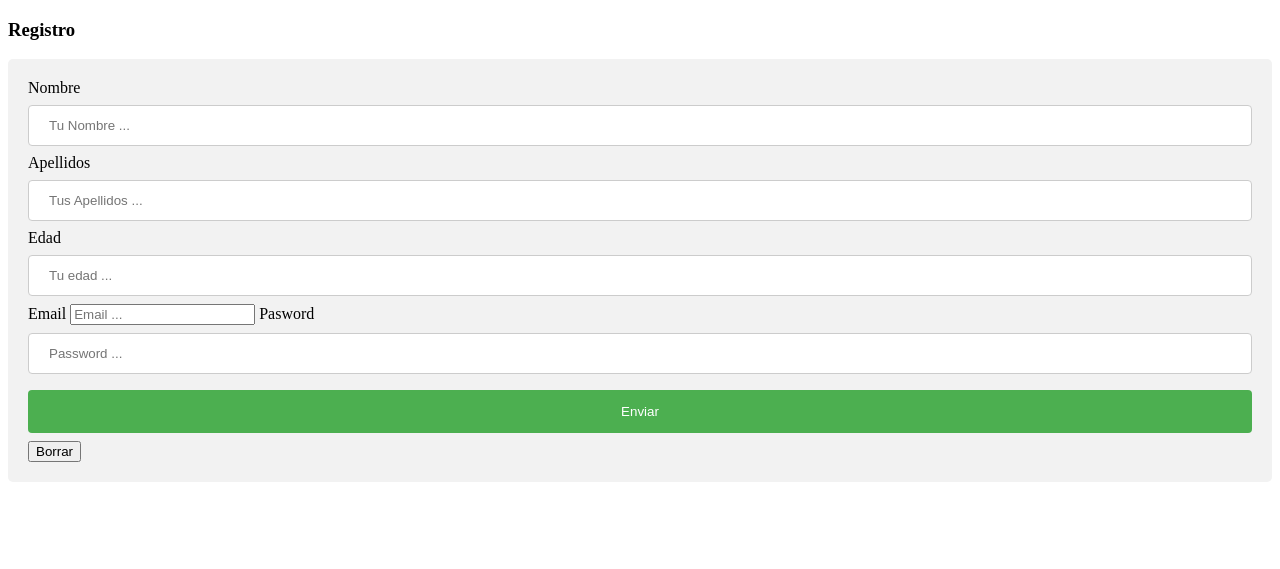
Repository: nachmz42/ProyectoJoker
Page: http://localhost/Joker/registro.jsp
The author's editor kept a copy of each file at every save. The page is drawn from the files as they stood at one save, then again after the next save.
The browser window is 1280 px wide. The pictures show the whole page.
The page is served by Tomcat 9.

Above is the page before, as saved 2021-07-02 12:58:59.

After the next save:
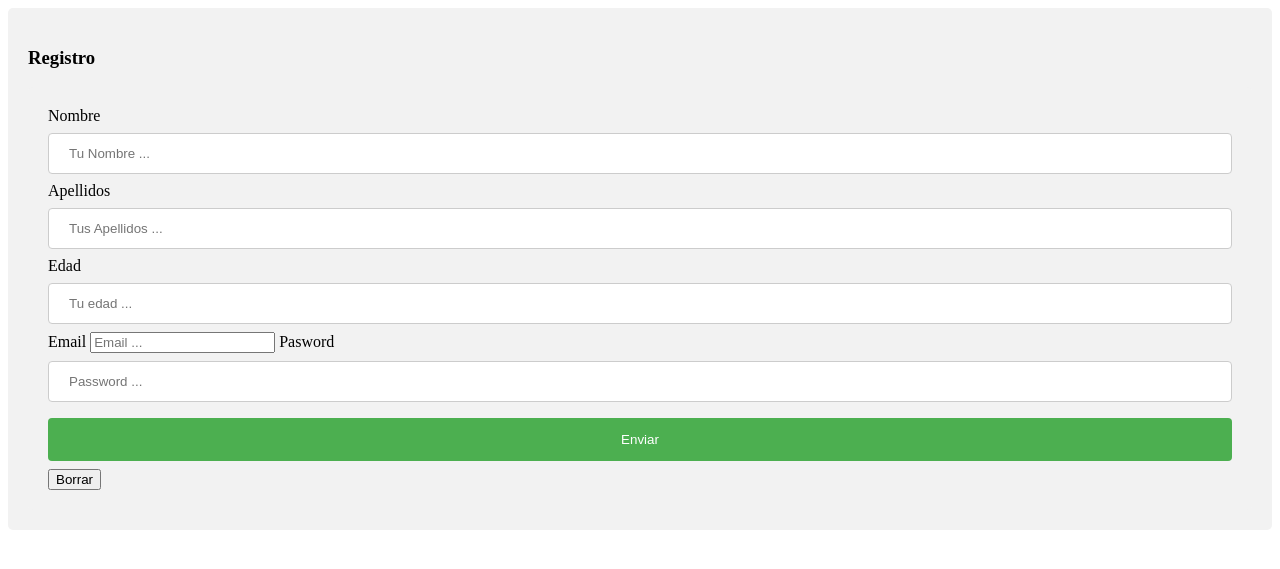
Saved 2 min 22 s later.
--- a/Joker/src/main/webapp/registro.jsp
+++ b/Joker/src/main/webapp/registro.jsp
@@ -9,9 +9,11 @@
 
 </head>
 <body>
+
+<div class= "testbox">
 <h3>Registro</h3>
 
-<div>
+<div class="form2">
   <form action="/Joker/ServletResgistro" method="post">
     <label for="nombre">Nombre</label>
     <input type="text" id="nombre" name="nombre" placeholder="Tu Nombre ...">
@@ -32,5 +34,7 @@
     <input type="reset" value="Borrar"><br>
   </form>
 </div>
+
+</div>
 </body>
 </html>
